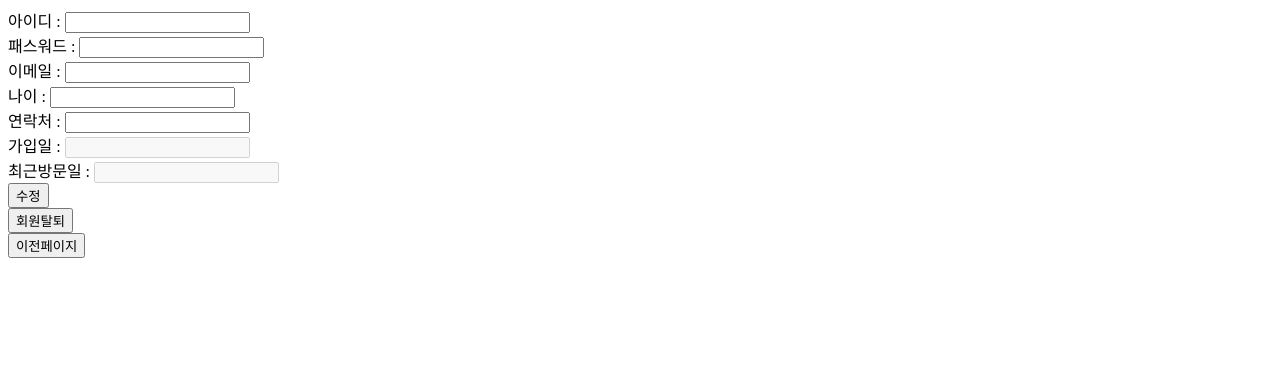
Repository: havanara/240416_JSP_Project
Page: http://localhost/jsp_study2/member/modify.jsp
The author's editor kept a copy of each file at every save. The page is drawn from the files as they stood at one save, then again after a run of saves.
The browser window is 1280 px wide. The pictures show the whole page.
The page is served by Tomcat 9. The template is opened directly, without the code that normally fills it, so the values that code supplies are empty.

Above is the page before, as saved 2024-04-17 06:41:11.

After the next 2 saves:
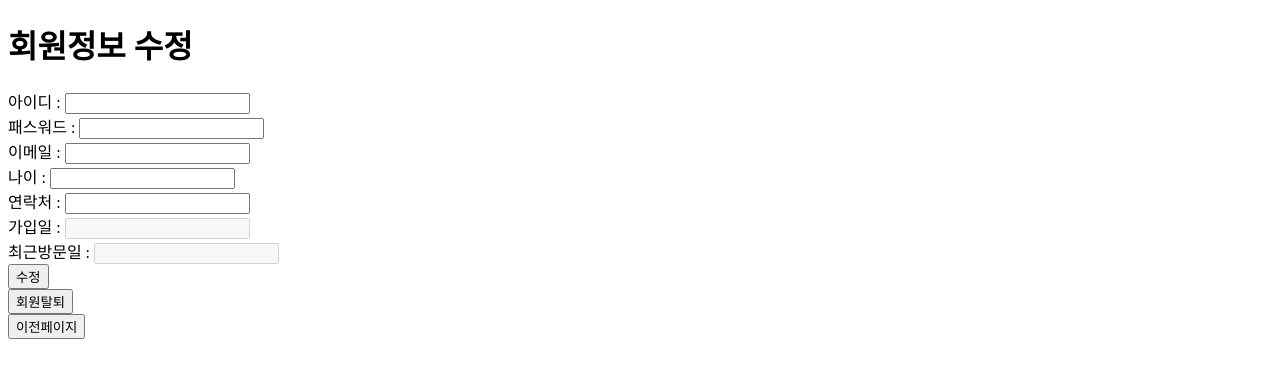
The 2 saves are shown as one change because they came seconds apart.
The last was saved 20 s later.
--- a/jsp_study2/src/main/webapp/member/modify.jsp
+++ b/jsp_study2/src/main/webapp/member/modify.jsp
@@ -7,6 +7,7 @@
 <title>Insert title here</title>
 </head>
 <body>
+	<h1>회원정보 수정</h1>
 	<form action="/mem/update" method="post">
 		아이디 : <input type="text" name="id" value="${ses.id }" readonly="readonly"> <br>
 		패스워드 : <input type="password" name="pwd" value="${ses.pwd }"> <br>
